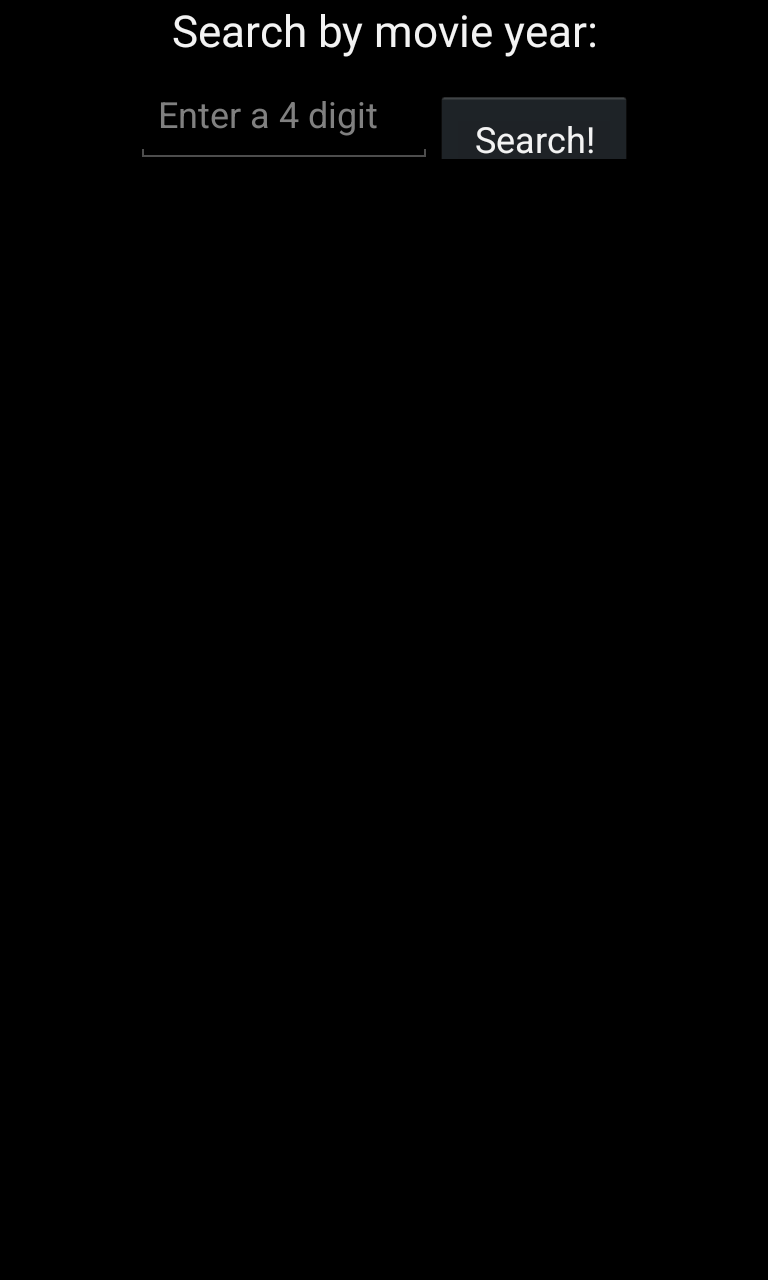
Repository: laurenelder/Java2_Elder
Layout: MovieLookup/res/layout/search_dialog.xml
The author's editor kept a copy of each file at every save. The layout is drawn from the files as they stood at one save, then again after the next save.
It is drawn on a 768 x 1280 px phone screen (xhdpi) without system bars, with theme android:Theme.Holo; the app's code is not run. Lists and similar views that code fills are empty.

Above is the layout before, as saved 2014-08-01 01:08:20.

### MovieLookup/res/layout/search_dialog.xml
<?xml version="1.0" encoding="utf-8"?>
<LinearLayout xmlns:android="http://schemas.android.com/apk/res/android"
    android:layout_width="match_parent"
    android:layout_height="match_parent"
    android:orientation="vertical" >

    <TextView
        android:id="@+id/searchText"
        android:layout_width="250dp"
        android:layout_height="wrap_content"
        android:layout_gravity="center"
        android:gravity="center"
        android:textAppearance="?android:attr/textAppearanceLarge"
        android:text="@string/search_dialog_text" />

    <LinearLayout
        android:layout_height="50dp"
        android:layout_width="250dp"
        android:orientation="horizontal"
        android:layout_gravity="center">

        <EditText
     	    android:id="@+id/searchDialogField"
     	    android:layout_width="150dp"
     	    android:layout_height="40dp"
      	    android:layout_marginTop="15dp"
      		android:layout_marginBottom="7dp"
            android:layout_gravity="center"
            android:hint="@string/search_dialog_hint"/>

        <Button
            android:layout_width="100dp"
            android:layout_height="50dp"
            android:layout_marginTop="15dp"
      		android:layout_marginBottom="7dp"
            android:gravity="center"
            android:text="@string/search_button_text"/>

    </LinearLayout>



    <ListView
	    android:id="@+id/searchList"
	    android:layout_width="wrap_content"
	    android:layout_height="wrap_content"
	    android:layout_gravity="center"/>

</LinearLayout>

### MovieLookup/res/values/strings.xml
<?xml version="1.0" encoding="utf-8"?>

<!-- MovieLookup -->
<!-- com.laurenelder.movielookup -->
<!-- Devin "Lauren" Elder -->
<!-- Jul 17, 2014 -->
<!-- Java 2 Term 1407 -->

<resources>

    <string name="app_name">Movie Lookup</string>
    <string name="hello_world">Hello world!</string>
    <string name="action_settings">Settings</string>
    <string name="action_favorites">Favorites</string>
    <string name="action_search">Search</string>
    <string name="title_text">Search to find all the information on your favorite movies!</string>
    <string name="button_text">Find!</string>
    <string name="search_button_text">Search!</string>
    <string name="search_hint">Star Trek</string>
    <string name="favorites_dialog_text">My Favorites:</string>
    <string name="search_dialog_text">Search by movie year:</string>
    <string name="search_dialog_hint">Enter a 4 digit year</string>
    <string name="settings_dialog_text">Select one of the following backgrounds to change your background:</string>
    <string name="main_api">http://www.omdbapi.com/?s=Star%20Trek_r=JSON</string>
    <string name="pre_detail_api">http://www.omdbapi.com/?i=</string>
    <string name="post_detail_api">_r=JSON</string>
    <string name="input_notification">Please enter a movie you would like to search for.</string>
    <string name="connection_notification">Connection Error: Please check to make sure you have an internet connection.</string>
    <string name="searching_notification">We are searching for your movie</string>
    <string name="details_notification">We are finding the details for your movie</string>
    <string name="file_name">apiJSONdata.txt</string>
    <string name="detail_file_name">.txt</string>
    <string name="n_a">Not Applicable</string>
    <string name="year_str">Year:</string>
    <string name="rated_str">Rated:</string>
    <string name="released_str">Date Released:</string>
    <string name="runtime_str">Runtime:</string>
    <string name="genre_str">Genre:</string>
    <string name="director_str">Director:</string>
    <string name="actor_str">Actors:</string>
    <string name="awards_str">Awards:</string>
    <string name="score_str">Metacritic Score:</string>
    <string name="image_hint">(Click Image for Larger Image)</string>
    <string name="image_desciption">Movie Poster</string>
    <string name="alert_title">Favorite Notification</string>
    <string name="alert_favMovie"> is now a favorite</string>
    <string name="alert_notFavMovie"> is not a favorite</string>
    <string name="alert_favRating">Rating Bar returned:</string>

</resources>

After the next save:
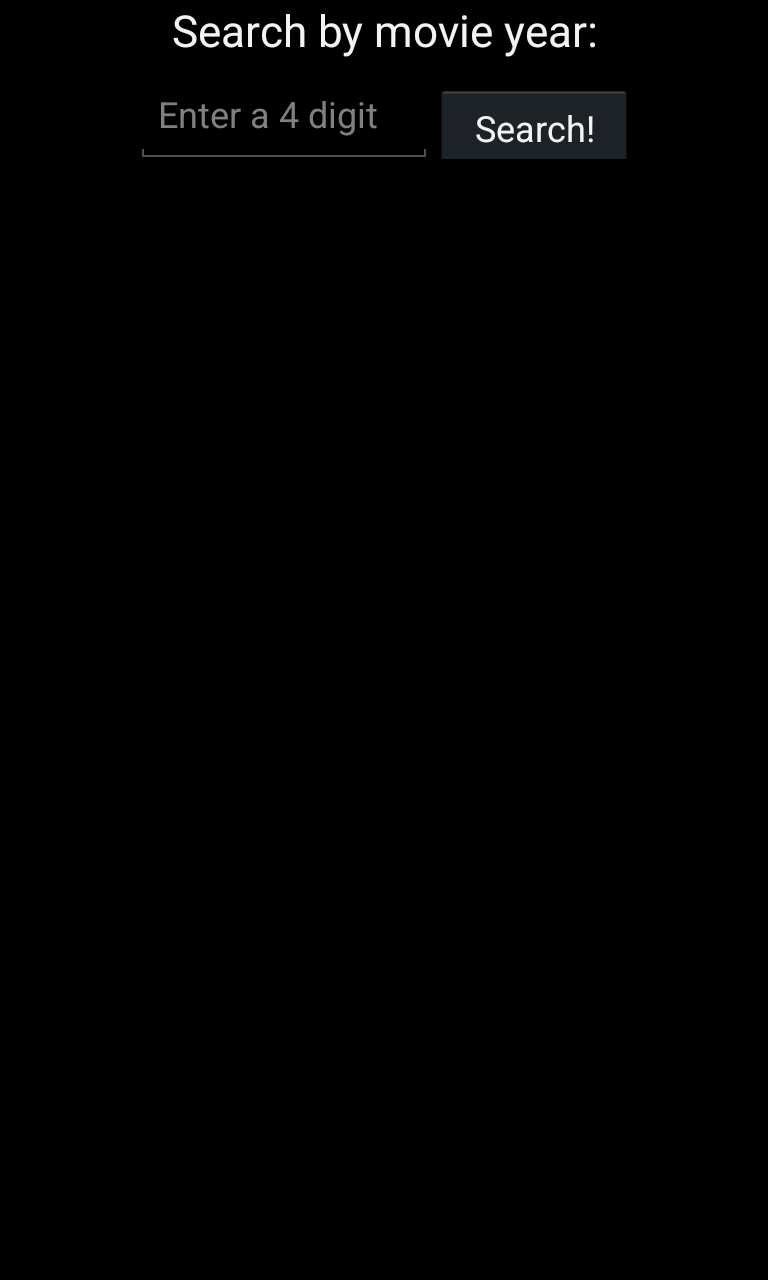
Saved 51 s later.
--- a/MovieLookup/res/layout/search_dialog.xml
+++ b/MovieLookup/res/layout/search_dialog.xml
@@ -30,8 +30,8 @@
 
         <Button
             android:layout_width="100dp"
-            android:layout_height="50dp"
-            android:layout_marginTop="15dp"
+            android:layout_height="45dp"
+            android:layout_marginTop="12dp"
       		android:layout_marginBottom="7dp"
             android:gravity="center"
             android:text="@string/search_button_text"/>
